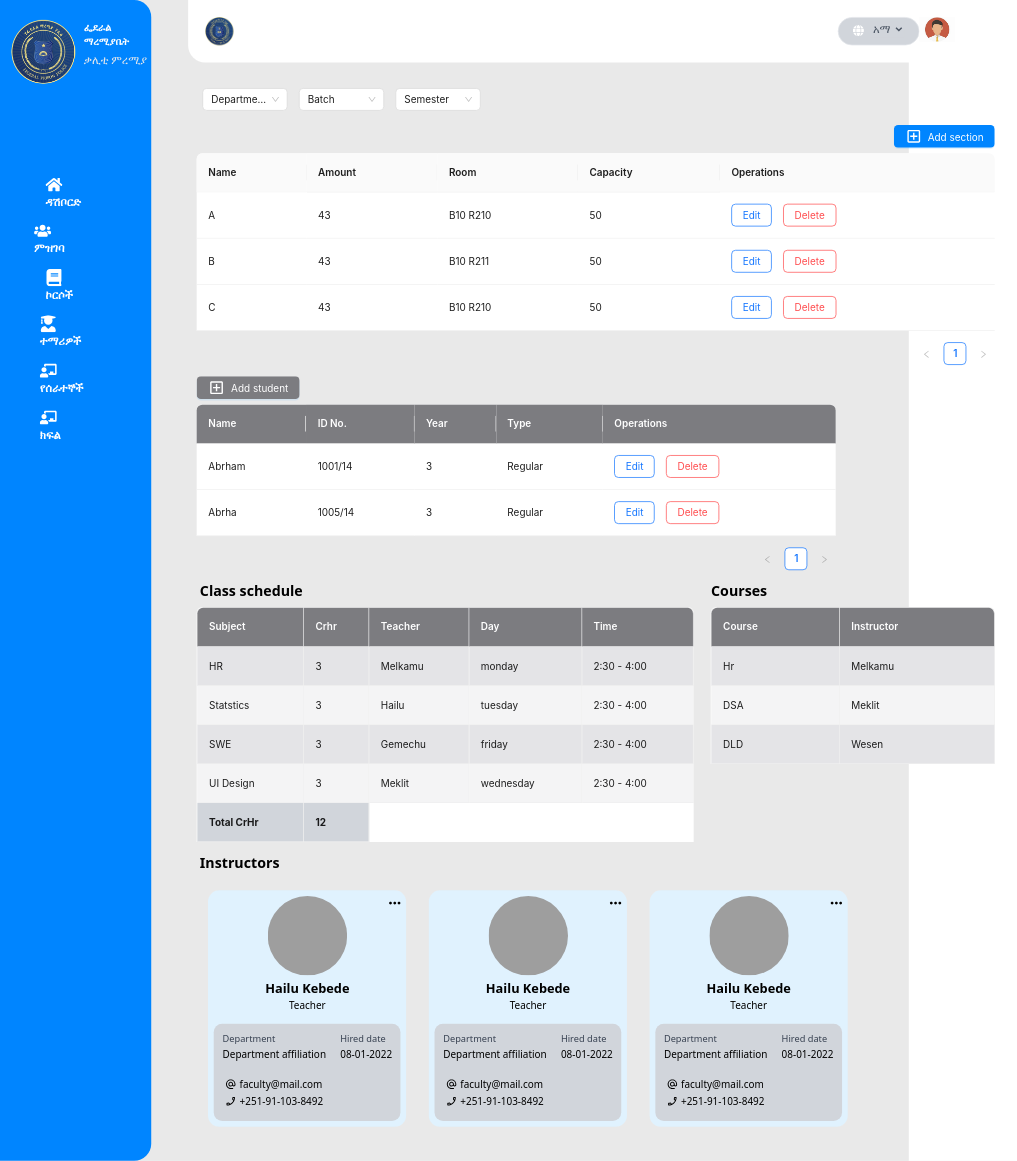
Repository: Yigoya/federal-prison-education-ms-frontend
Page: /classroom, after clicking the first element matching `td.ant-table-cell > a`
An editor plug-in stored every save of this project. The page is shown before and after a run of saves, followed by the edit.
The browser window is 1280 px wide. The page is 1433 px wide, so the pictures cover 1433 px, including what lies to the right of the window. The pictures show the whole page, at 71% of full size.
Pictures or frames that could not be fetched are drawn as grey boxes. The project was rebuilt for these pictures with package versions that can differ from the ones it lists, and the page was loaded fresh each time. Also part of the build but not shown: vite.config.js, src/pages/DashBoard.jsx, src/pages/Courses.jsx, src/layout/AuthLayout.jsx, src/pages/Login.jsx, src/pages/Teachers.jsx, src/pages/StudentRegistration.jsx, src/components/classroom/ComboBox.jsx and 1 more. Imported but missing from the stored project, and not drawn on this page: src/pages/Students.

Above is the page before, as saved 2024-07-05 15:17:15.

After the next 4 saves:
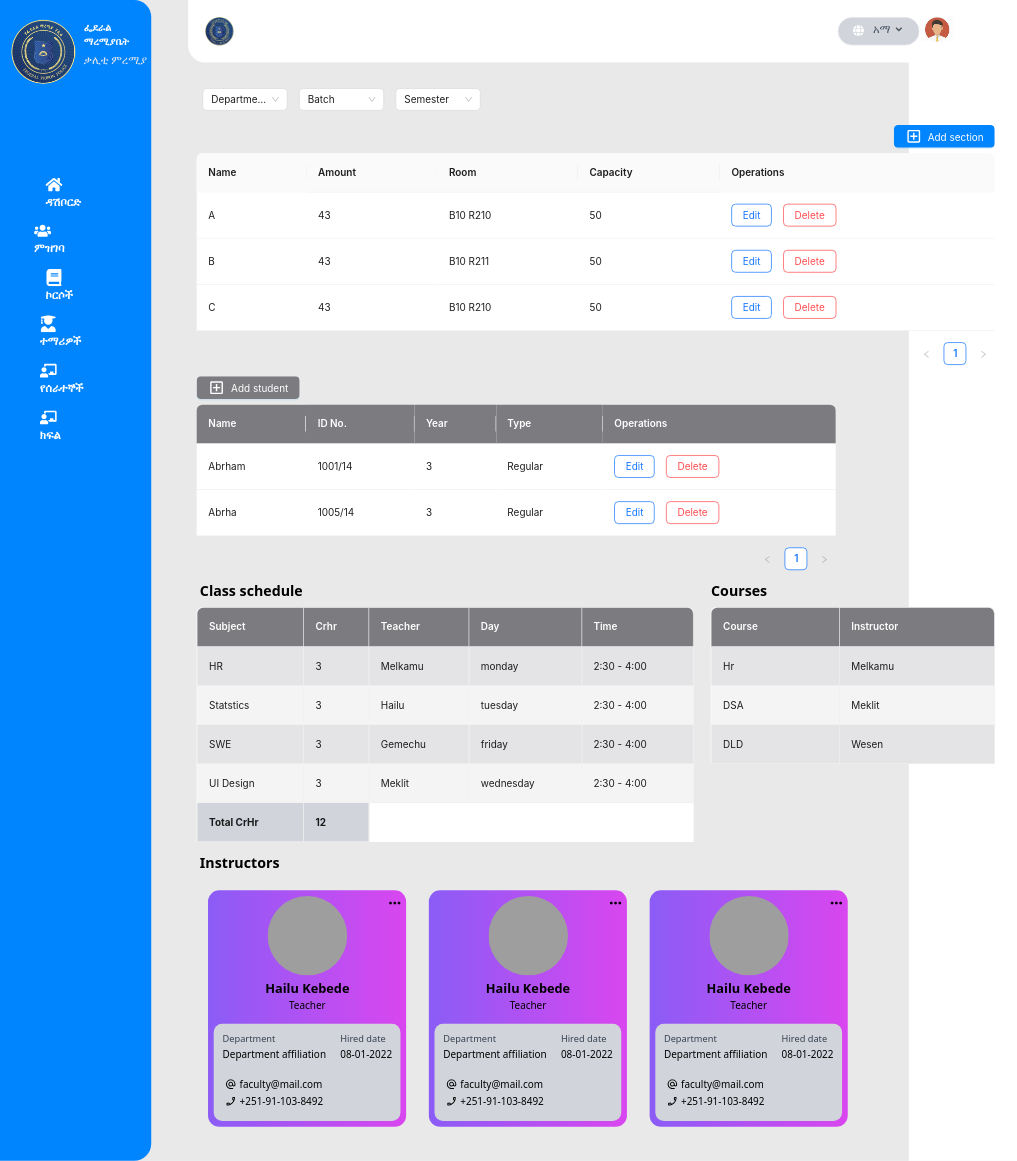
The 4 saves are shown as one change because they came seconds apart.
The last was saved 18 s later.
--- a/src/components/classroom/InstructorDetails.jsx
+++ b/src/components/classroom/InstructorDetails.jsx
@@ -4,7 +4,7 @@
 
 const InstructorDetails = () => {
   return (
-    <div className="m-4 bg-sky-100 w-fit p-2 w-2/5 rounded-2xl relative">
+    <div className="m-4 w-fit p-2 w-2/5 rounded-2xl relative bg-gradient-to-r from-violet-500 to-fuchsia-500">
       {/* Main content */}
       <div className="flex flex-col place-items-center">
         <div className="flex justify-between items-center">
